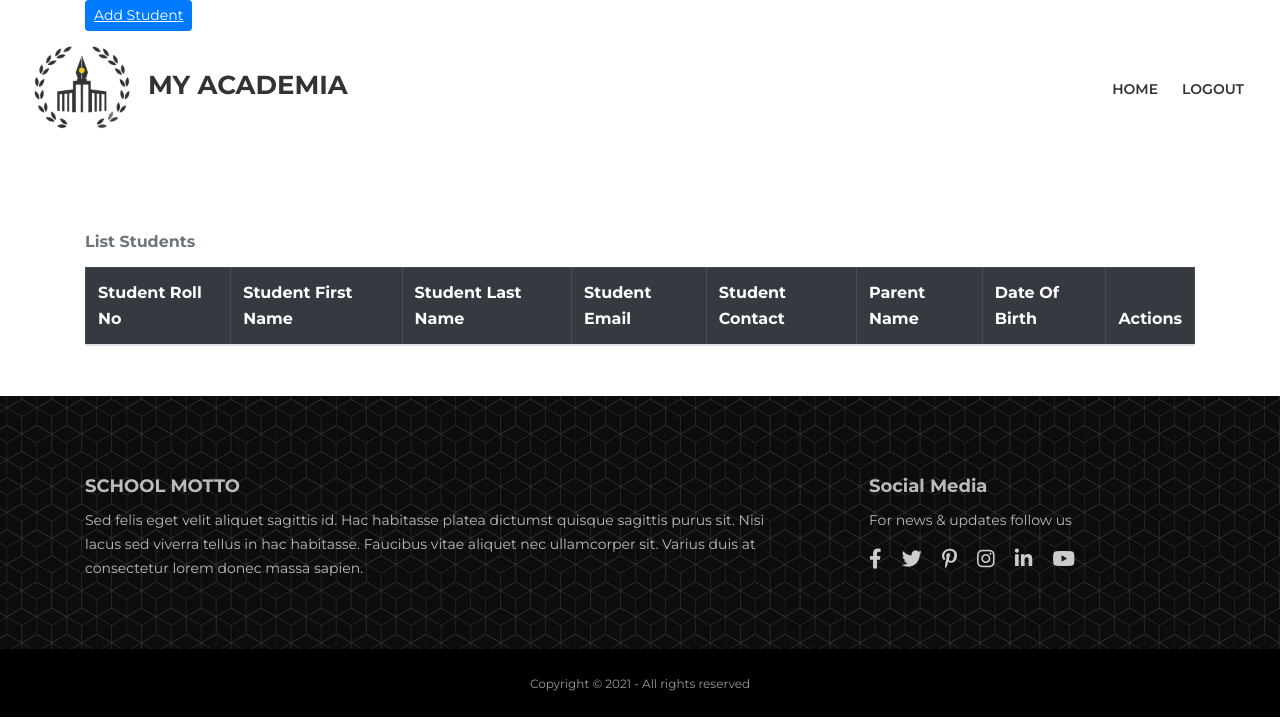
Repository: SaxenaAbhay/DBMS2023
Page: http://localhost/students
An editor plug-in stored every save of this project. The page is shown before and after the next save, followed by the edit.
The browser window is 1280 px wide. The pictures show the whole page.
The page is this project's Thymeleaf template; nobody is signed in. The template is opened directly, without the code that normally fills it, so the values that code supplies are empty.

Above is the page before, as saved 2023-10-22 11:07:50.

### school-managment-system/src/main/resources/templates/students.html
<!DOCTYPE html>
<html lang="en">
    <head>
        <meta charset="utf-8">
        <meta name="viewport" content="width=device-width, initial-scale=1, shrink-to-fit=no">

        <!-- SEO Meta Tags -->
        <meta name="description" content="My Academia">
        <meta name="keywords" content="school website, responsive">
        <meta name="author" content="Yashwini Bansal">

        <!-- Website Title -->
        <title>My Academia</title>

        <link href="https://fonts.googleapis.com/css?family=Montserrat:400,400i,600,700,700i&display=swap" rel="stylesheet">

        <link href="css/bootstrap.css" rel="stylesheet">
        <link href="css/fontawesome-all.css" rel="stylesheet">
        <link href="css/swiper.css" rel="stylesheet">
        <link href="css/styles.css" rel="stylesheet">

        <link rel="icon" href="images/logo2.jpg">

        <!-- Scripts -->
        <script src="js/jquery.min.js" defer></script>
        <script src="js/popper.min.js" defer></script>
        <script src="js/bootstrap.min.js" defer></script>
        <script src="js/jquery.easing.min.js" defer></script>
        <script src="js/swiper.min.js" defer></script>
        <script src="js/validator.min.js" defer></script>
        <script src="js/scripts.js" defer></script>
    </head>
    <body  data-spy="scroll"  data-target=".fixed-top">

        <!-- Preloader -->
        <div class="spinner-wrapper">
            <div class="spinner">
                <div class="bounce1"></div>
                <div class="bounce2"></div>
                <div class="bounce3"></div>
            </div>
        </div>
        <!-- end of preloader -->


        <!-- Navigation -->
        <nav class="navbar navbar-expand-lg navbar-dark navbar-custom fixed-top">

            <!-- Logo -->
            <a class="navbar-brand logo-image" href="./index.html"><img src="./images/logo.jpg"></a><h3>MY ACADEMIA</h3>

            <!-- Mobile Menu Toggle Button -->
            <button class="navbar-toggler" type="button" data-toggle="collapse" data-target="#navbarsExampleDefault" aria-controls="navbarsExampleDefault" aria-expanded="false" aria-label="Toggle navigation">
                <span class="navbar-toggler-awesome fas fa-bars"></span>
                <span class="navbar-toggler-awesome fas fa-times"></span>
            </button>
            <!-- end of mobile menu toggle button -->

            <div class="collapse navbar-collapse" id="navbarsExampleDefault">
                <ul class="navbar-nav ml-auto">
                    <li class="nav-item">
                        <a class="nav-link page-scroll" href="./dashboard.html">HOME</a>
                    </li>
                    <li class="nav-item">
                        <a class="nav-link page-scroll" href="./login.html">LOGOUT</a>
                    </li>
                </ul>
            </div>
        </nav>


            <!--<div class="col-md-4 mt-1">
                <div class="card text-center sidebar">
                    <div class="card-body">
                        <img src = "./images/prof.png" class="rounded-circle" width="150">
                        <div class="mt-3">
                            <a href="./subjects.html">SUBJECTS</a>
                            <a href="./stud_attendance.html">ATTENDANCE</a>
                            <a href="./stud_marks.html">RESULTS</a>
                        </div>
                    </div>
                </div>
            </div>
            <div class="col-md-8 mt-1">
                <div class="card mb-3 content">
                    <h1 class="m-3 pt-3">Hello STUD_NAME...</h1>
                    <div class="card-body">
                        <div class="row">
                            <div class="col-md-3"><h5>Full Name</h5></div>
                            <div class="col-md-9 text-secondary">name</div>
                        </div>
                        <div class="row">
                            <div class="col-md-3"><h5>Class</h5></div>
                            <div class="col-md-9 text-secondary">name</div>
                        </div>
                        <div class="row">
                            <div class="col-md-3"><h5>Enrollment No.</h5></div>
                            <div class="col-md-9 text-secondary">name</div>
                        </div>
                        <div class="row">
                            <div class="col-md-3"><h5>Contact No.</h5></div>
                            <div class="col-md-9 text-secondary">name</div>
                        </div>
                        <div class="row">
                            <div class="col-md-3"><h5>Email id</h5></div>
                            <div class="col-md-9 text-secondary">name</div>
                        </div>
                        <div class="row">
                            <div class="col-md-3"><h5>Permanent address</h5></div>
                            <div class="col-md-9 text-secondary">name</div>
                        </div>
                        <div class="row">
                            <div class="col-md-3"><h5>D.O.B.</h5></div>
                            <div class="col-md-9 text-secondary">name</div>
                        </div>
                        <div class="row">
                            <div class="col-md-3"><h5>Blood Group</h5></div>
                            <div class="col-md-9 text-secondary">name</div>
                        </div>
                        <div class="row">
                            <div class="col-md-3"><h5>Aadhaar No.</h5></div>
                            <div class="col-md-9 text-secondary">name</div>
                        </div>
                    </div>
                </div>
            </div>-->
        <div class="container">
		<!--<div class="row">
			<h1> List Students</h1>
		</div>-->
		<div class ="row">
            <div class="col-lg-3">
                <a th:href="@{/students/new}" class="btn btn-primary btn-sm mb-3">Add Student</a>
            </div>
        </div>
		<table class="table table-striped table-bordered" >
			<caption style="caption-side:top"><b>List Students</b></caption>
		<thead class="table-dark">
			<tr>
				<th>Student Roll No</th>
				<th>Student First Name</th>
				<th>Student Last Name</th>
				<th>Student Email</th>
				<th>Student Contact</th>
				<th>Parent Name</th>
				<th>Date Of Birth</th>
				<th>Actions</th>
			</tr>
		</thead>
		<tbody>
			<tr th:each="student: ${students}">
				<td th:text = "${student.scholarId}"></td>
				<td th:text = "${student.firstname}"></td>
				<td th:text = "${student.lastname}"></td>
				<td th:text = "${student.email}"></td>
				<td th:text = "${student.contact}"></td>
				<td th:text = "${student.parentName}"></td>
				<td th:text = "${student.dob}"></td>
				<td>
					<a th:href="@{/students/edit/{scholarId}(scholarId=${student.scholarId})}" class="btn btn-primary">Update</a>
					<a th:href="@{/students/{scholarId}(scholarId=${student.scholarId})}" class="btn btn-danger">Delete</a>

				</td>
			</tr>
		</tbody>
		</table>
	</div>

       <!-- <a class="btn-solid-reg chng-pswd" href="">Change Password</a>-->
        <div class="clearfix"></div>

        <!-- Footer -->
        <div class="footer">
            <div class="container">
                <div class="row">
                    <div class="col-md-8">
                        <div class="footer-col first">
                            <h5>SCHOOL MOTTO</h5>
                            <p class="p-small">Sed felis eget velit aliquet sagittis id. Hac habitasse platea dictumst quisque sagittis purus sit. Nisi lacus sed viverra tellus in hac habitasse. Faucibus vitae aliquet nec ullamcorper sit. Varius duis at consectetur lorem donec massa sapien.</p>
                        </div>
                    </div> <!-- end of col -->
                    <div class="col-md-4">
                        <div class="footer-col fourth">
                            <h5>Social Media</h5>
                            <p class="p-small">For news & updates follow us</p>
                            <a href="#your-link">
                                <i class="fab fa-facebook-f"></i>
                            </a>
                            <a href="#your-link">
                                <i class="fab fa-twitter"></i>
                            </a>
                            <a href="#your-link">
                                <i class="fab fa-pinterest-p"></i>
                            </a>
                            <a href="#your-link">
                                <i class="fab fa-instagram"></i>
                            </a>
                            <a href="#your-link">
                                <i class="fab fa-linkedin-in"></i>
                            </a>
                            <a href="#your-link">
                                <i class="fab fa-youtube"></i>
                            </a>
                        </div>
                    </div> <!-- end of col -->
                </div> <!-- end of row -->
            </div> <!-- end of container -->
        </div> <!-- end of footer -->
        <!-- end of footer -->


        <!-- Copyright -->
        <div class="copyright">
            <div class="container">
                <div class="row">
                    <div class="col-lg-12">
                        <p class="p-small">Copyright © 2021 - All rights reserved</p>
                    </div> <!-- end of col -->
                </div> <!-- enf of row -->
            </div> <!-- end of container -->
        </div> <!-- end of copyright -->
        <!-- end of copyright -->
    </body>
</html>

Loaded but not shown: school-managment-system/src/main/resources/static/css/bootstrap.css (library); school-managment-system/src/main/resources/static/css/fontawesome-all.css (library); school-managment-system/src/main/resources/static/css/swiper.css (library); school-managment-system/src/main/resources/static/js/jquery.min.js (library); school-managment-system/src/main/resources/static/js/popper.min.js (library); school-managment-system/src/main/resources/static/js/bootstrap.min.js (library); school-managment-system/src/main/resources/static/js/jquery.easing.min.js (library); school-managment-system/src/main/resources/static/js/swiper.min.js (library); school-managment-system/src/main/resources/static/js/validator.min.js (library); school-managment-system/src/main/resources/static/js/scripts.js (177 lines, source omitted); school-managment-system/src/main/resources/static/css/styles.css (1735 lines, source omitted)

After the next save:
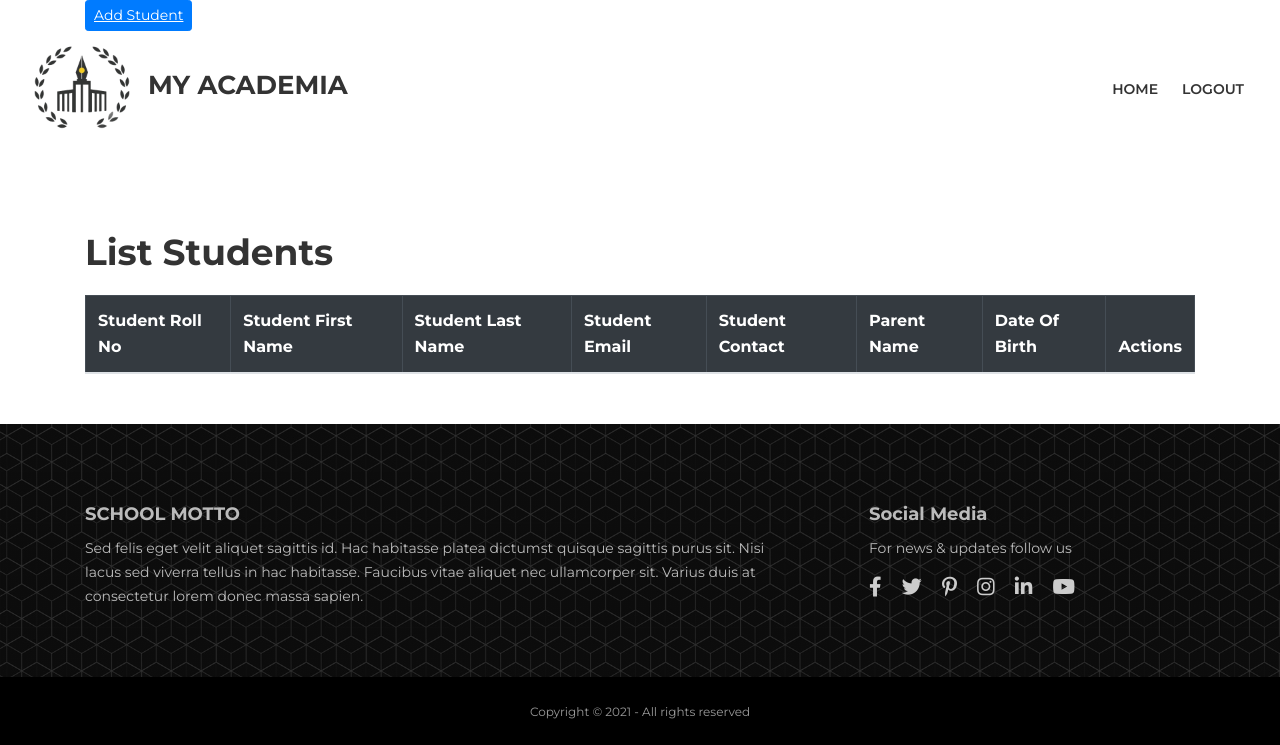
Saved 24 s later.
--- a/school-managment-system/src/main/resources/templates/students.html
+++ b/school-managment-system/src/main/resources/templates/students.html
@@ -134,7 +134,7 @@
             </div>
         </div>
 		<table class="table table-striped table-bordered" >
-			<caption style="caption-side:top"><b>List Students</b></caption>
+			<caption style="caption-side:top"><b><h2>List Students</h2></b></caption>
 		<thead class="table-dark">
 			<tr>
 				<th>Student Roll No</th>
